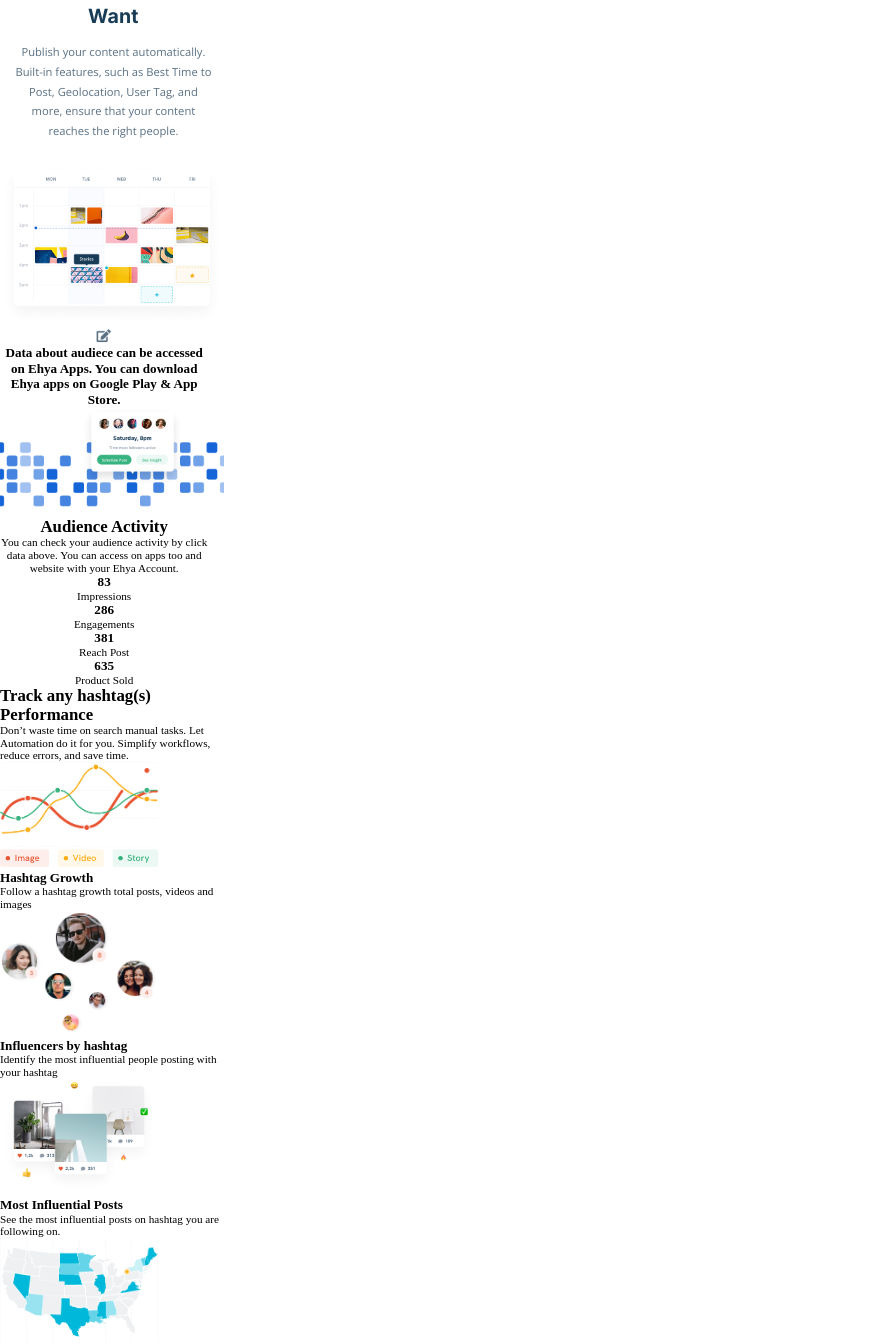
Repository: Eduardo-Tamborelli-Ferreira-lino/FrontEnd
Page: projetos/Prova-CSS/index.html
The author's editor kept a copy of each file at every save. The page is drawn from the files as they stood at one save, then again after the next save.
The browser window is 1280 px wide. The pictures show the part of the page from y = 1678 to 3598 px (the page is 5200 px tall before and 5160 px after), at 70% of full size.

Above is the page before, as saved 2026-03-12 14:07:24.

After the next save:
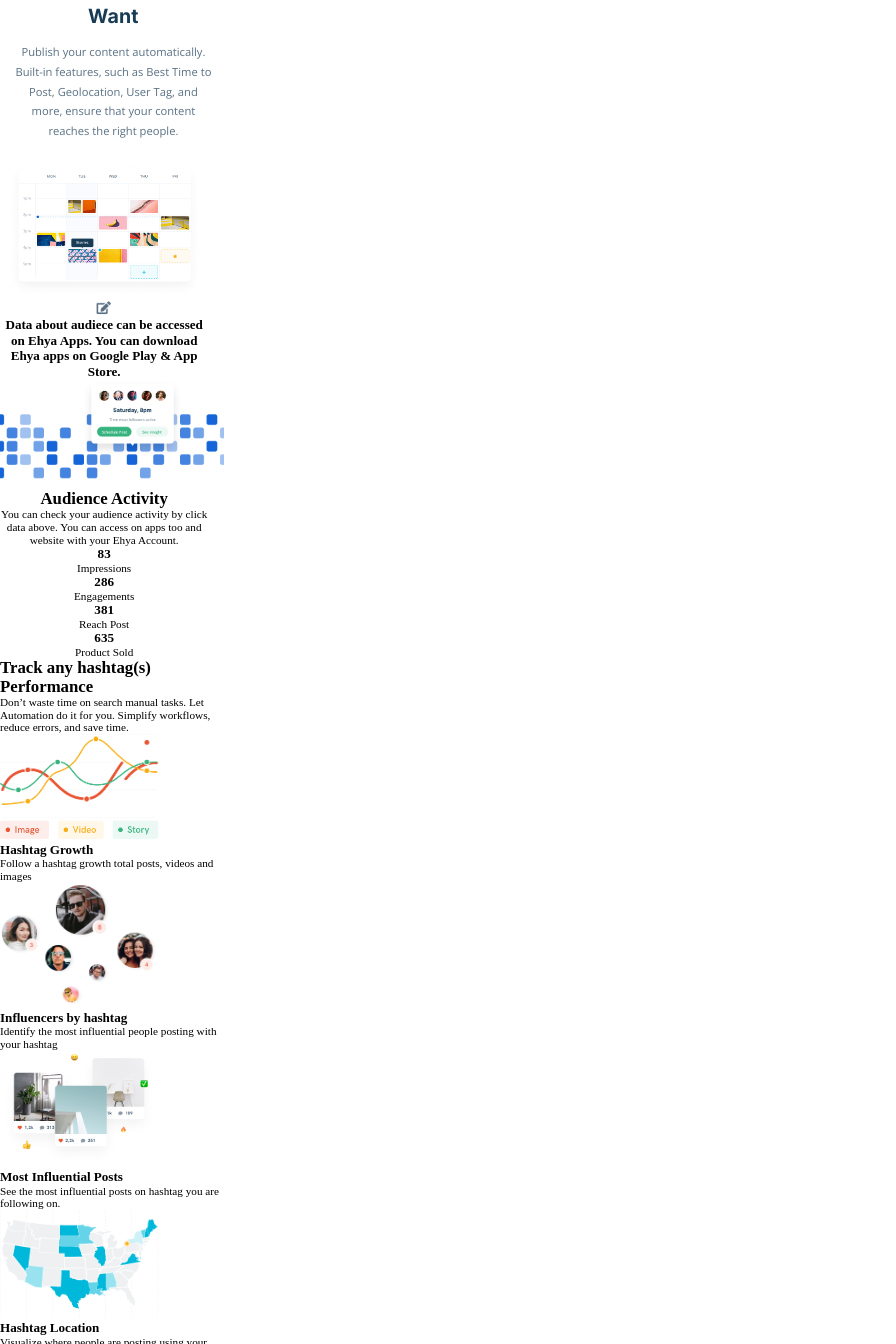
Saved 8 s later.
--- a/projetos/Prova-CSS/style.css
+++ b/projetos/Prova-CSS/style.css
@@ -216,7 +216,8 @@
 }
 
 #schedule-graph img{
-    width: 17.5;
+    width: 17.5rem;
+    height: 12.108rem;
 }
 
 .track-card img{
